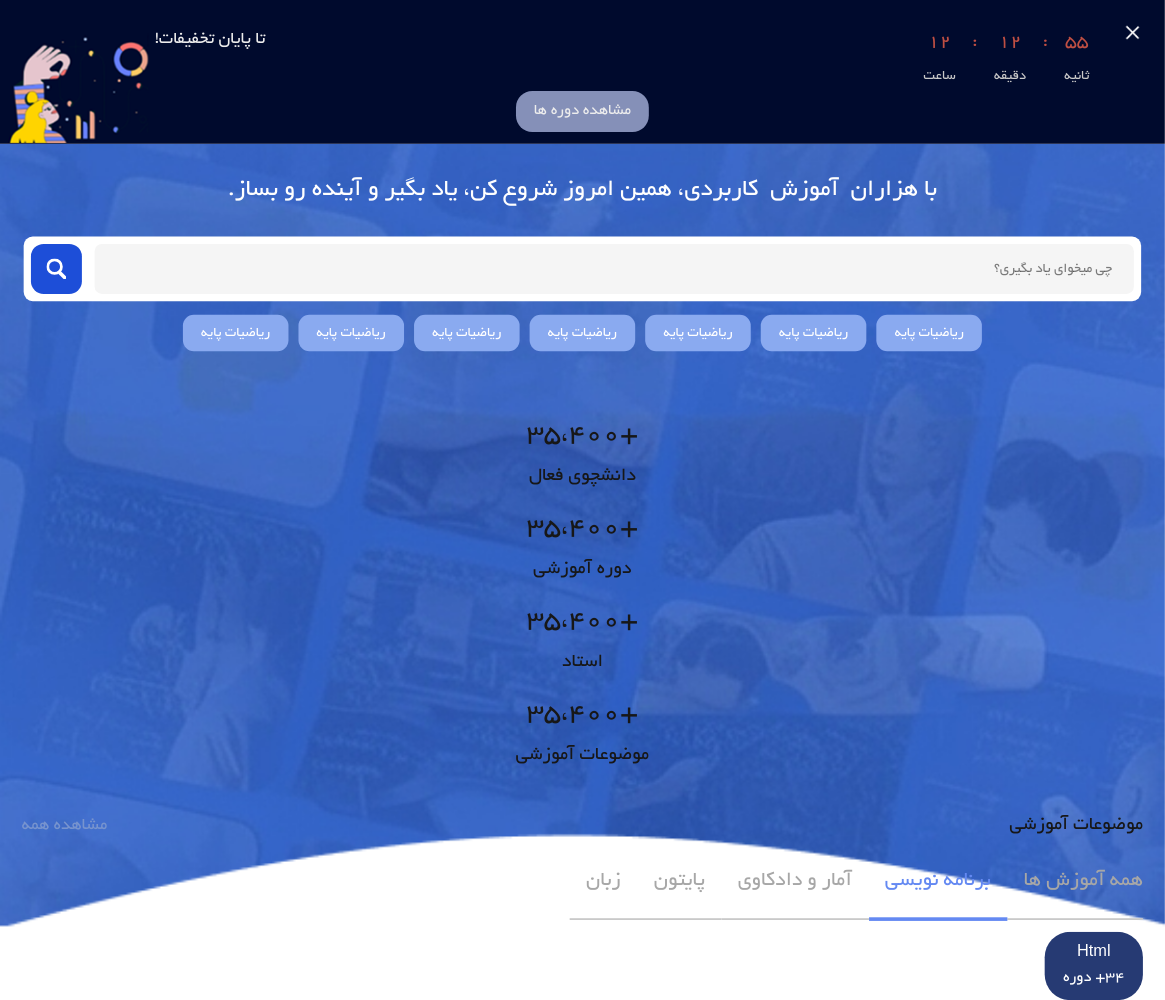
Repository: sinafath/fradars
Page: /
An editor plug-in stored every save of this project. The page is shown before and after a run of saves, followed by the edit.
The browser window is 1280 px wide. The pictures show the whole page, at 91% of full size.
The project was rebuilt for these pictures with package versions that can differ from the ones it lists, and the page was loaded fresh each time. The framework's server and built-in components were replaced by stand-ins that run in the browser. Also part of the build but not shown: next.config.ts.

Above is the page before, as saved 2025-09-22 17:57:22.

After the next 2 saves:
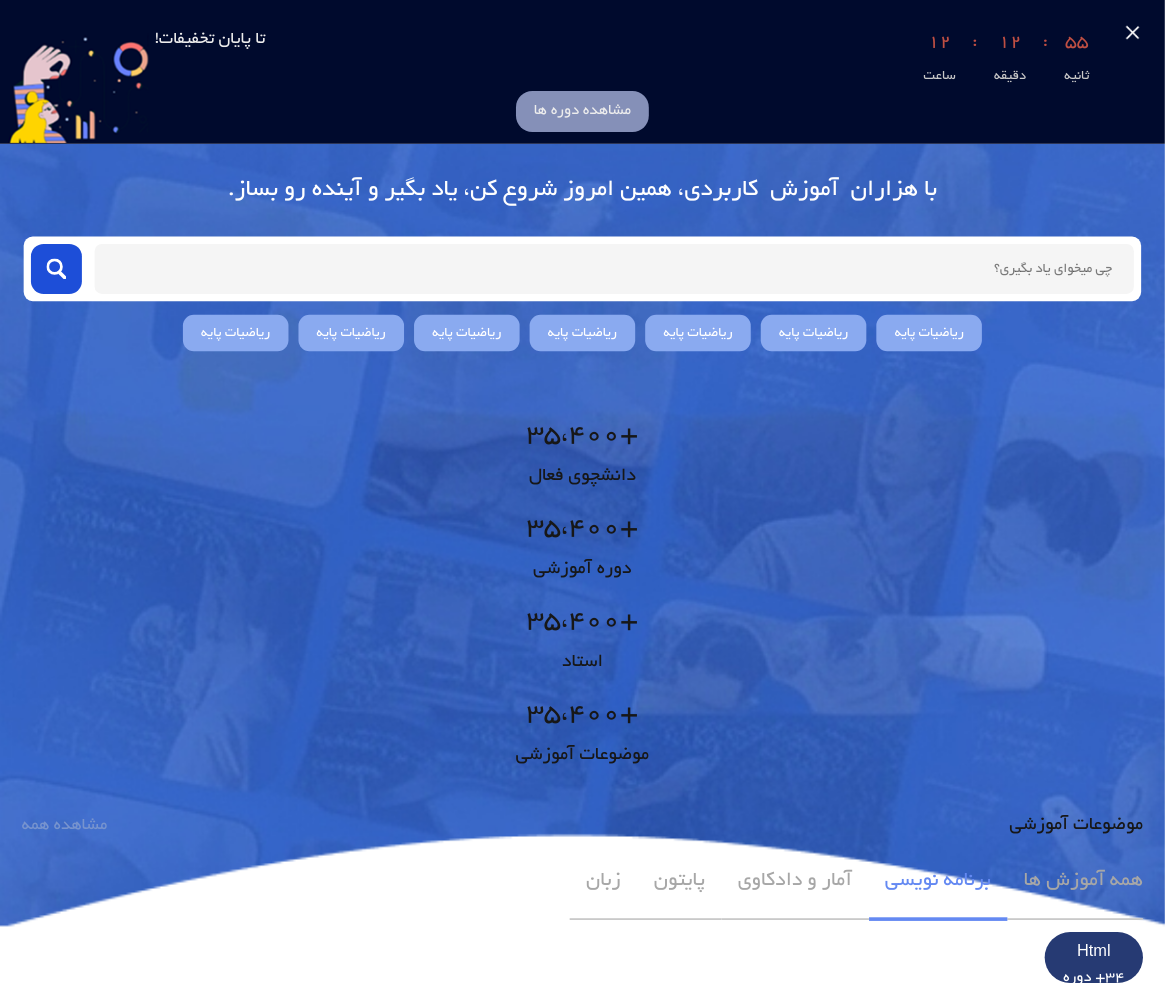
The 2 saves are shown as one change because they came seconds apart.
The last was saved 9 s later.
--- a/src/app/page.tsx
+++ b/src/app/page.tsx
@@ -95,7 +95,7 @@
         <div className="pe-[18px] flex-shrink-0 ps-[18px] text-[#A7A7A7] text-[24px] pb-[22px] border-b-[2px] border-b-solid border-b-[#C9C9C9]">زبان</div>
       </Row>
       <Row className="mt-[12px] gap-[12px] overflow-y-auto ms-[24px]">
-        <Column className="rounded-[28px] w-[108px]  py-[10px] flex-shrink-0 gap-[1px] bg-[#263A73] text-center text-white text-[18px]">
+        <Column className="rounded-[28px] w-[108px] h-[56px]  py-[10px] flex-shrink-0 gap-[1px] bg-[#263A73] text-center text-white text-[18px]">
           <div className="">Html</div>
           <div>34+ دوره</div>
         </Column>
